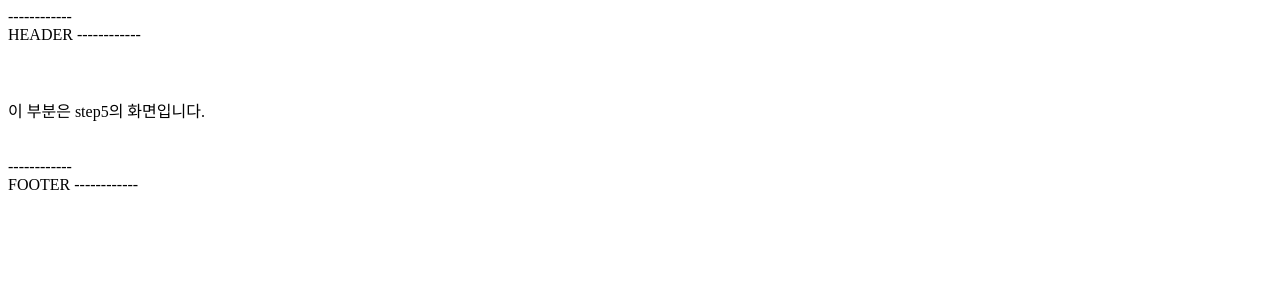
Repository: dhalfks/jsp
Page: http://localhost/web_study/step5-import.jsp
These files come from the project's save history. The page is drawn as it stood at one moment and after the next save; the edit follows.
The browser window is 1280 px wide. The pictures show the whole page.
The page is served by Tomcat 9.

Above is the page before, as saved 2022-08-16 07:20:09.

After the next save:
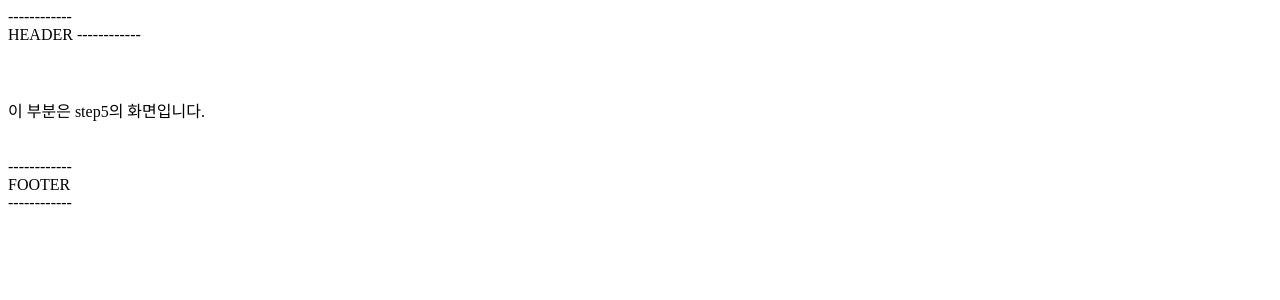
Saved 47 s later.
--- a/_jspworkspace(jstl)/web_study/src/main/webapp/step5-footer.jsp
+++ b/_jspworkspace(jstl)/web_study/src/main/webapp/step5-footer.jsp
@@ -9,7 +9,7 @@
 </head>
 <body>
 	------------<br>
-	   FOOTER
+	   FOOTER<br>
 	------------<br>
 </body>
 </html>
